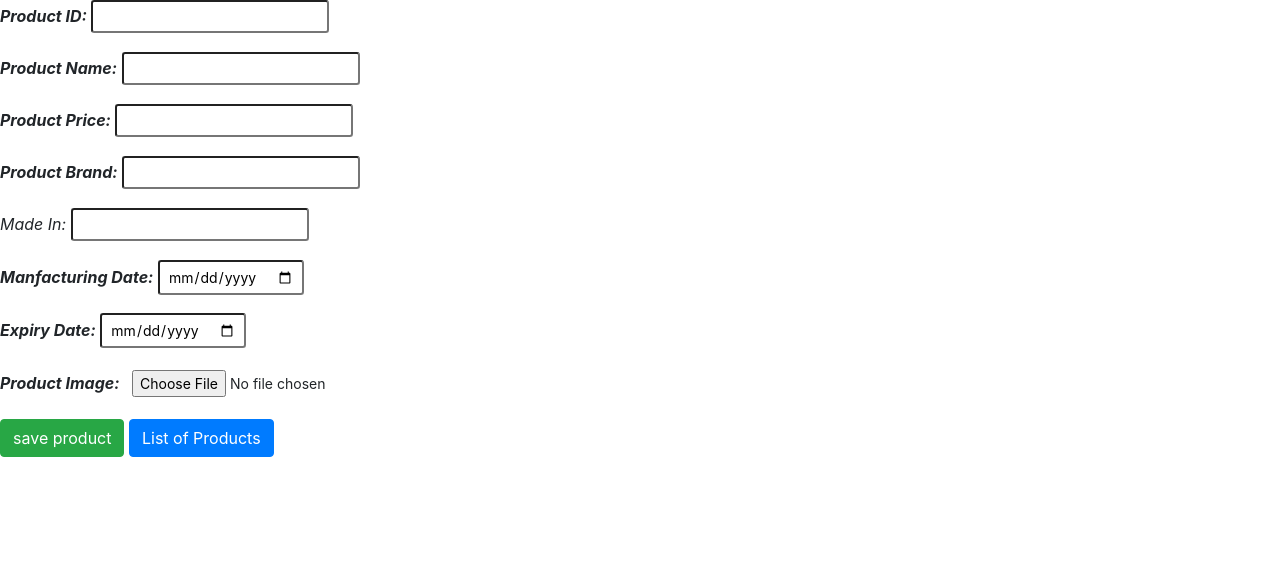
Repository: kamisettiprasanna/AdvJavaPrograms
Page: ProductManagementApp/src/main/webapp/app-product.html
An editor plug-in stored every save of this project. The page is shown before and after the next save, followed by the edit.
The browser window is 1280 px wide. The pictures show the whole page.

Above is the page before, as saved 2024-03-06 06:53:58.

After the next save:
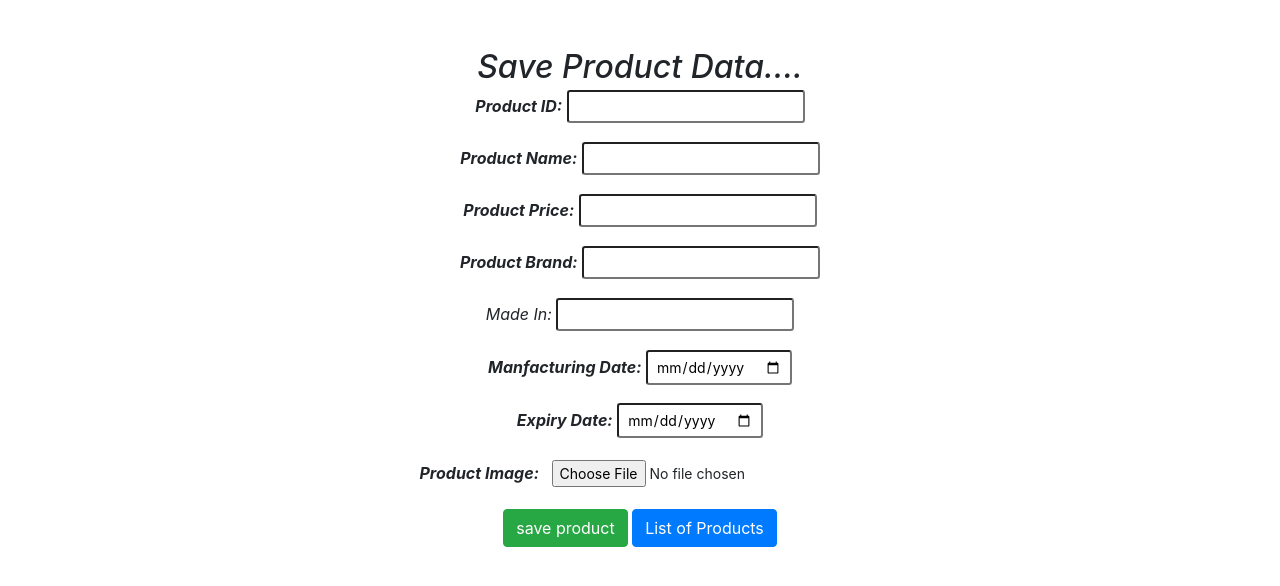
Saved 82 s later.
--- a/ProductManagementApp/src/main/webapp/app-product.html
+++ b/ProductManagementApp/src/main/webapp/app-product.html
@@ -10,6 +10,8 @@
          <script src="formvalidation.js"></script>
 </head>
 <body>
+    <div class="container mt-5 text-center">
+        <h2 class="text-center font-italic mb-1">Save Product Data....  </h2>
 
         <form method="post" action="./AddProductServlet" enctype="multipart/form-data" onsubmit="return validateForm()">
 
